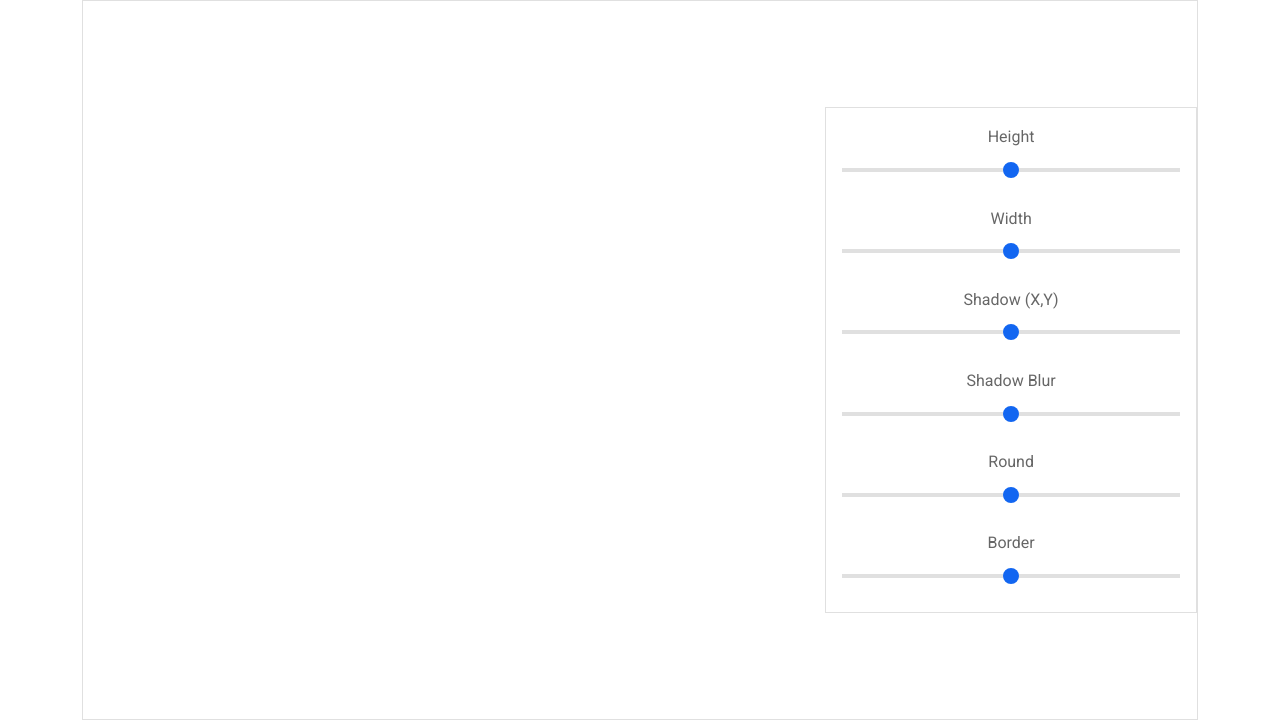
Repository: USaditya98/card-generator
Page: index.html
The author's editor kept a copy of each file at every save. The page is drawn from the files as they stood at one save, then again after a run of saves.
The browser window is 1280 px wide. The pictures show the whole page.

Above is the page before, as saved 2021-10-20 12:27:35.

### index.html
<!DOCTYPE html>
<html lang="en">
  <head>
    <meta charset="UTF-8" />
    <meta name="viewport" content="width=device-width, initial-scale=1, shrink-to-fit=no" />
    <meta http-equiv="x-ua-compatible" content="ie=edge" />
    <title>Material Design for Bootstrap</title>
    <!-- MDB icon -->
    <link rel="icon" href="img/mdb-favicon.ico" type="image/x-icon" />
    <!-- Font Awesome -->
    <link rel="stylesheet" href="https://use.fontawesome.com/releases/v5.15.2/css/all.css" />
    <!-- Google Fonts Roboto -->
    <link
      rel="stylesheet"
      href="https://fonts.googleapis.com/css2?family=Roboto:wght@300;400;500;700;900&display=swap"
    />
    <!-- MDB -->
    <link rel="stylesheet" href="css/mdb.min.css" />
  </head>
  <body>
    <!-- Start your project here-->
    <div class="container">
      <div class="d-flex justify-content-between align-items-center text-center border" style="height: 100vh;">
            <div class="d-flex justify-content-center w-100 h-50" >
                <div class="text-center  " id="create">
                </div>
            </div>
            <div class="border w-50 ">
            <div class="m-3">
                <label class="form-label" for="height">Height</label>
                <div class="range">
                <input type="range" class="form-range" id="height" min="0" max="500" step="10" onchange="changeHeight(this.value)"/>
                </div>
            </div>
            <div class="m-3">
                <label class="form-label" for="width">Width</label>
                <div class="range">
                <input type="range" class="form-range" id="width" min="0" max="500" step="10" onchange="changeWidth(this.value)" />
                </div>
            </div>
            <div class="m-3">
                <label class="form-label" for="shadow">Shadow (X,Y)</label>
                <div class="range">
                <input type="range" class="form-range" id="shadow" min="0" max="25" step="0.5" onchange="changeShadowXY(this.value)"/>
                </div>
            </div>
            <div class="m-3">
                <label class="form-label" for="shadowBlur">Shadow Blur</label>
                <div class="range">
                <input type="range" class="form-range" id="shadowBlur" min="0" max="50" step="1" onchange="changeShadowBlur(this.value)" />
                </div>
            </div>
            <!-- <div class="m-3">
                <label class="form-label" for="shadowColor">Shadow Color</label>
                <div class="shadowColor">
                <input type="color" class=" " id="shadowColor"  onchange="changeShadowColor(this.value)"/>
                </div>
            </div> -->
            <div class="m-3">
                <label class="form-label" for="radius">Round</label>
                <div class="range">
                <input type="range" class="form-range" id="radius" onchange="changeRadius(this.value)"/>
                </div>
            </div>
            <div class="m-3">
                <label class="form-label" for="border">Border</label>
                <div class="range">
                <input type="range" class="form-range" id="border" onchange="myFunction(this.value)" />
                </div>
            </div>
            </div>
      </div>
    </div>
    <!-- End your project here-->

    <!-- MDB -->
    <script type="text/javascript" src="js/mdb.min.js"></script>
    <!-- Custom scripts -->
    <script type="text/javascript">
        function changeHeight(val) {
            document.getElementById('create').style.height = val + 'px';
        }
        function changeWidth(val) {
            document.getElementById('create').style.width = val + 'px';
        }


        function changeShadowXY(val) {
          const shadowXY = document.getElementById('shadowBlur').value;

          document.getElementById('create').style.boxShadow = val + 'px' + ' ' + val + 'px' + ' ' + shadowXY + 'px' + ' ' +'0px' + ' ' +'lightgray';
        }



        function changeRadius(val) {
            document.getElementById('create').style.borderRadius  = val + '%' ;
        }

    </script>
  </body>
</html>

Loaded but not shown: css/mdb.min.css (library); js/mdb.min.js (library)

After the next 3 saves:
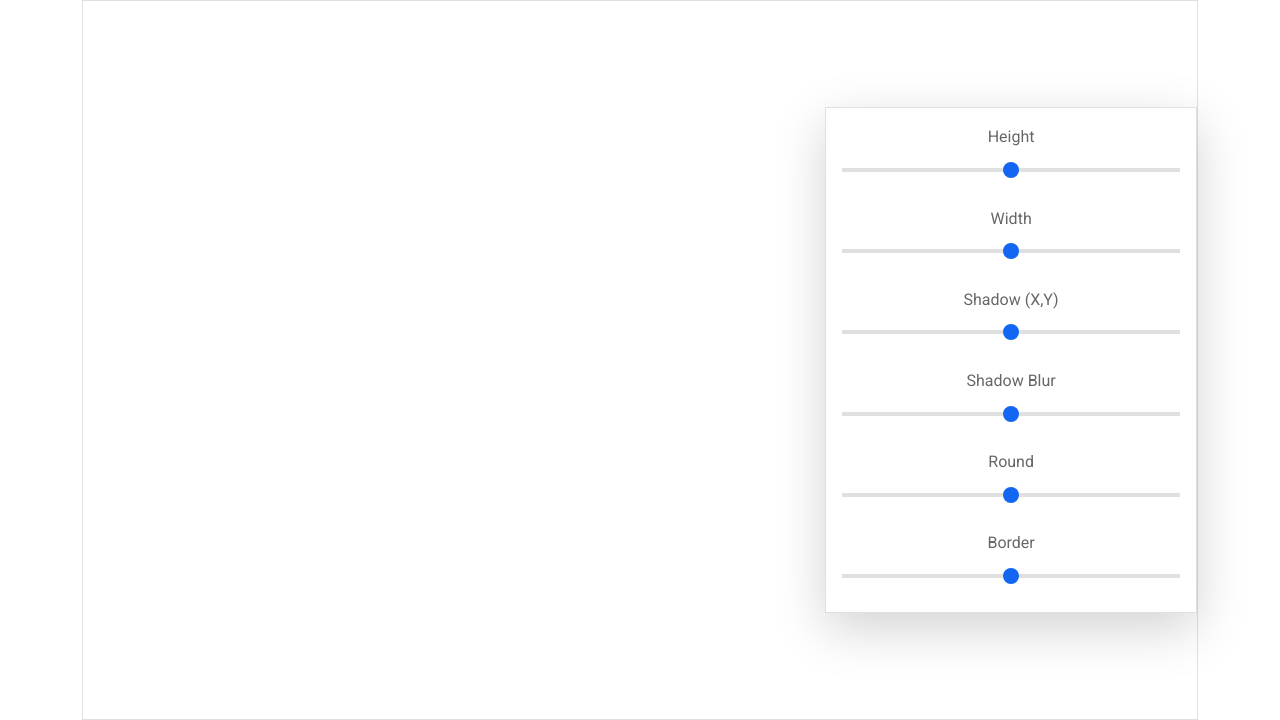
The 3 saves are shown as one change because they came seconds apart.
The last was saved 3 min 33 s later.
--- a/index.html
+++ b/index.html
@@ -25,7 +25,7 @@
                 <div class="text-center  " id="create">
                 </div>
             </div>
-            <div class="border w-50 ">
+            <div class="border w-50 shadow-lg">
             <div class="m-3">
                 <label class="form-label" for="height">Height</label>
                 <div class="range">

After the 2 saves that followed:
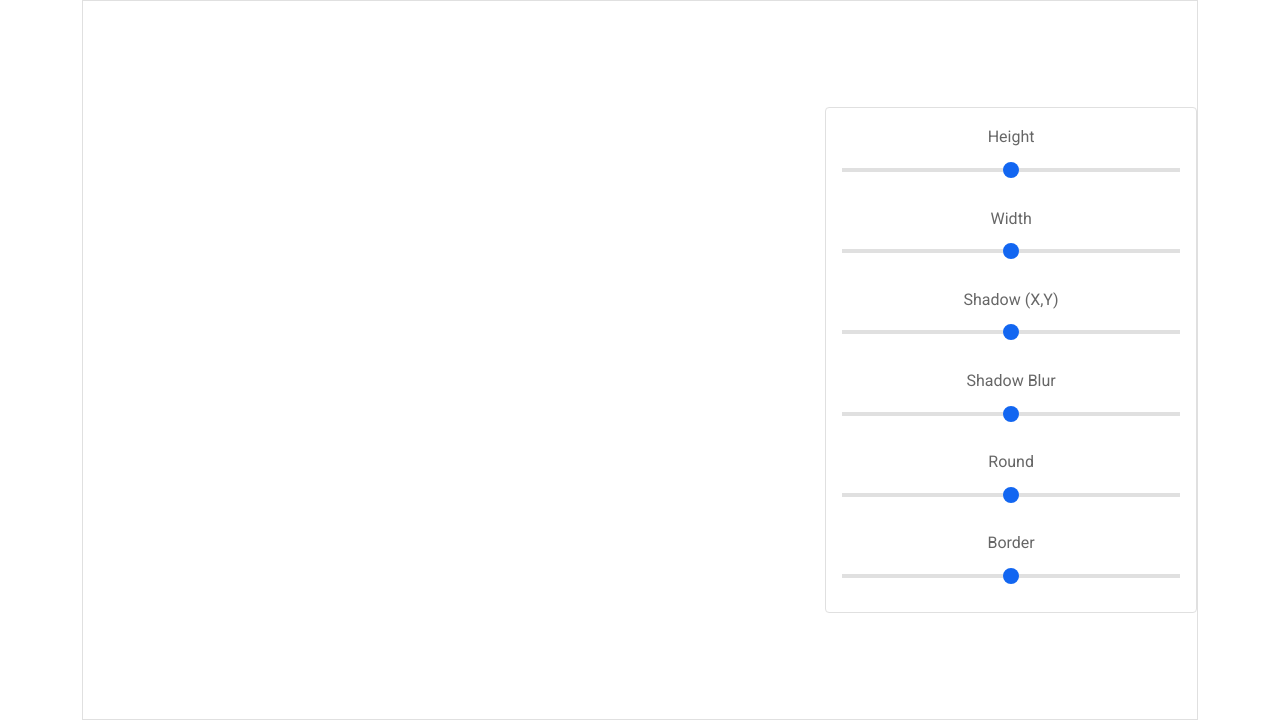
The 2 saves are shown as one change because they came seconds apart.
The last was saved 10 s later.
--- a/index.html
+++ b/index.html
@@ -25,7 +25,7 @@
                 <div class="text-center  " id="create">
                 </div>
             </div>
-            <div class="border w-50 shadow-lg">
+            <div class="border w-50 shadow-md rounded">
             <div class="m-3">
                 <label class="form-label" for="height">Height</label>
                 <div class="range">
